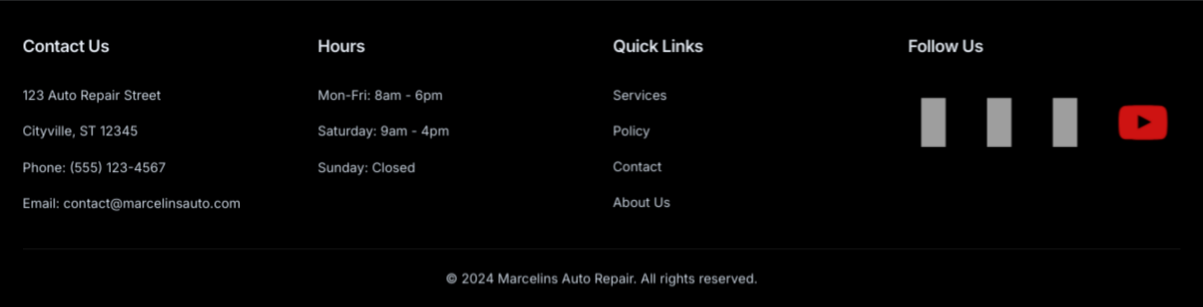
Repository: ilovegames507/twebsite-2
Page: frontend/public/index.html
An editor plug-in stored every save of this project. The page is shown before and after a run of saves, followed by the edit.
The browser window is 1280 px wide. The pictures show the part of the page from y = 864 to 1933 px (the page is 1191 px tall before and 1933 px after), at 94% of full size.
Pictures or frames that could not be fetched are drawn as grey boxes.

Above is the page before, as saved 2025-03-17 21:34:56.

### frontend/public/index.html
<!DOCTYPE html>
<html lang="en">
  <head>
    <head>
      <meta charset="UTF-8" />
      <meta name="viewport" content="width=device-width, initial-scale=1.0" />
      <link rel="preconnect" href="https://fonts.googleapis.com" />
      <link rel="preconnect" href="https://fonts.gstatic.com" crossorigin />
      <link
        href="https://fonts.googleapis.com/css2?family=Inter:ital,opsz,wght@0,14..32,100..900;1,14..32,100..900&family=Source+Code+Pro:ital,wght@0,200..900;1,200..900&display=swap"
        rel="stylesheet"
      />
      <link rel="stylesheet" href="styles/modern-normalize.css" />
      <link rel="stylesheet" href="styles/global.css" />
      <link rel="stylesheet" href="styles/components/header.css" />
      <link rel="stylesheet" href="styles/components/hero.css" />
      <link rel="stylesheet" href="styles/components/pricing.css" />

      <link rel="stylesheet" href="styles/components/footer.css" />
      <link rel="stylesheet" href="styles/utils.css" />

      <link rel="icon" type="image/x-icon" href="/src/Images/favicon.ico">
      <title>Marcelins Auto Repair</title>
    </head>
  </head>
  <body>
    <header class="header">
      <div class="header__container">
        <img src="/src/Images/favicon.ico" class="header__logo" alt="Marcelins Auto Repair Logo">
        <a href="/" class="header__title">Marcelins Auto Repair</a>
        <nav class="header__nav">
          <a class="header__link" href="#pricing">Servies</a>
          <a class="header__link" href="#features">Policy</a>
          <a class="header__link" href="#contact">Contact</a>
          <div class="header__btn-container">
            <button class="header__btn">Login</button>
            <button class="header__btn">Sign Up</button>
          </div>
        </nav>

        <button class="header__bars">
          <svg xmlns="http://www.w3.org/2000/svg" height="24px" viewBox="0 -960 960 960" width="24px"><path d="M120-240v-80h720v80H120Zm0-200v-80h720v80H120Zm0-200v-80h720v80H120Z"/></svg>
        </button>
      </div>
    </header>
    <section class="hero">
      <div class="hero__content">
        <h1 class="hero__title">Marcelins Auto Repair</h1>
        <p class="hero__description">Your trusted partner for quality vehicle maintenance and repairs. Experience expert care with decades of automotive service excellence.</p>
        <button class="hero__cta">Schedule Service</button>
      </div>
    </section>


    <footer class="footer">
      <div class="footer__container">
        <div class="footer__content">
          <div class="footer__section">
            <h3 class="footer__heading">Contact Us</h3>
            <p class="footer__text">123 Auto Repair Street</p>
            <p class="footer__text">Cityville, ST 12345</p>
            <p class="footer__text">Phone: (555) 123-4567</p>
            <p class="footer__text">Email: contact@marcelinsauto.com</p>
          </div>

          <div class="footer__section">
            <h3 class="footer__heading">Hours</h3>
            <p class="footer__text">Mon-Fri: 8am - 6pm</p>
            <p class="footer__text">Saturday: 9am - 4pm</p>
            <p class="footer__text">Sunday: Closed</p>
          </div>

          <div class="footer__section">
            <h3 class="footer__heading">Quick Links</h3>
            <a href="#services" class="footer__link">Services</a>
            <a href="#policy" class="footer__link">Policy</a>
            <a href="#contact" class="footer__link">Contact</a>
            <a href="#about" class="footer__link">About Us</a>
          </div>

            <div class="footer__section">
              <h3 class="footer__heading">Follow Us</h3>
              <div class="footer__socials">
                <a href="#" class="footer__social-link" aria-label="Facebook">
                  <img src="src/Images/facebook.svg" alt="Facebook">
                </a>
                <a href="#" class="footer__social-link" aria-label="Instagram">
                  <img src="src/Images/instagram.svg" alt="Instagram">
                </a>
                <a href="#" class="footer__social-link" aria-label="Twitter">
                  <img src="src/Images/twitter.svg" alt="Twitter">
                </a>
                <a href="#" class="footer__social-link" aria-label="YouTube">
                  <img src="src/Images/youtube.svg" alt="YouTube">
                </a>
              </div>
            </div>
        </div>

        <div class="footer__bottom">
          <p class="footer__copy">&copy; 2024 Marcelins Auto Repair. All rights reserved.</p>
        </div>
      </div>
    </footer>
    <script>
      document.querySelector('.header__bars').addEventListener('click', function() {
        document.querySelector('.header').classList.toggle('header--mobile-open');
      });
    </script>
  </body>
</html>

### frontend/public/styles/modern-normalize.css
/*! modern-normalize v3.0.1 | MIT License | https://github.com/sindresorhus/modern-normalize */

/*
Document
========
*/

/**
Use a better box model (opinionated).
*/

*,
::before,
::after {
  box-sizing: border-box;
}

html {
  /* Improve consistency of default fonts in all browsers. (https://github.com/sindresorhus/modern-normalize/issues/3) */
  font-family: system-ui, "Segoe UI", Roboto, Helvetica, Arial, sans-serif,
    "Apple Color Emoji", "Segoe UI Emoji";
  line-height: 1.15; /* 1. Correct the line height in all browsers. */
  -webkit-text-size-adjust: 100%; /* 2. Prevent adjustments of font size after orientation changes in iOS. */
  tab-size: 4; /* 3. Use a more readable tab size (opinionated). */
}

/*
Sections
========
*/

body {
  margin: 0; /* Remove the margin in all browsers. */
}

/*
Text-level semantics
====================
*/

/**
Add the correct font weight in Chrome and Safari.
*/

b,
strong {
  font-weight: bolder;
}

/**
1. Improve consistency of default fonts in all browsers. (https://github.com/sindresorhus/modern-normalize/issues/3)
2. Correct the odd 'em' font sizing in all browsers.
*/

code,
kbd,
samp,
pre {
  font-family: ui-monospace, SFMono-Regular, Consolas, "Liberation Mono", Menlo,
    monospace; /* 1 */
  font-size: 1em; /* 2 */
}

/**
Add the correct font size in all browsers.
*/

small {
  font-size: 80%;
}

/**
Prevent 'sub' and 'sup' elements from affecting the line height in all browsers.
*/

sub,
sup {
  font-size: 75%;
  line-height: 0;
  position: relative;
  vertical-align: baseline;
}

sub {
  bottom: -0.25em;
}

sup {
  top: -0.5em;
}

/*
Tabular data
============
*/

/**
Correct table border color inheritance in Chrome and Safari. (https://issues.chromium.org/issues/40615503, https://bugs.webkit.org/show_bug.cgi?id=195016)
*/

table {
  border-color: currentcolor;
}

/*
Forms
=====
*/

/**
1. Change the font styles in all browsers.
2. Remove the margin in Firefox and Safari.
*/

button,
input,
optgroup,
select,
textarea {
  font-family: inherit; /* 1 */
  font-size: 100%; /* 1 */
  line-height: 1.15; /* 1 */
  margin: 0; /* 2 */
}

/**
Correct the inability to style clickable types in iOS and Safari.
*/

button,
[type="button"],
[type="reset"],
[type="submit"] {
  appearance: button;
  -webkit-appearance: button;
}

/**
Remove the padding so developers are not caught out when they zero out 'fieldset' elements in all browsers.
*/

legend {
  padding: 0;
}

/**
Add the correct vertical alignment in Chrome and Firefox.
*/

progress {
  vertical-align: baseline;
}

/**
Correct the cursor style of increment and decrement buttons in Safari.
*/

::-webkit-inner-spin-button,
::-webkit-outer-spin-button {
  height: auto;
}

/**
1. Correct the odd appearance in Chrome and Safari.
2. Correct the outline style in Safari.
*/

[type="search"] {
  appearance: textfield;
  -webkit-appearance: textfield; /* 1 */
  outline-offset: -2px; /* 2 */
}

/**
Remove the inner padding in Chrome and Safari on macOS.
*/

::-webkit-search-decoration {
  -webkit-appearance: none;
}

/**
1. Correct the inability to style clickable types in iOS and Safari.
2. Change font properties to 'inherit' in Safari.
*/

::-webkit-file-upload-button {
  -webkit-appearance: button; /* 1 */
  font: inherit; /* 2 */
}

/*
Interactive
===========
*/

/*
Add the correct display in Chrome and Safari.
*/

summary {
  display: list-item;
}

### frontend/public/styles/global.css
:root {
  /* fonts */
  --font-primary: 'Inter', sans-serif;
  --font-secondary: 'Source Code Pro', monospace;

  /* colors */
  --clr-dark: #000000;
  --clr-gray: #2b2b2b;
  --clr-light: #ffffff;


  --clr-slate50: #f8fafc;
  --clr-slate100: #f1f5f9;
  --clr-light: #e2e8f0;
  --clr-slate300: #cbd5e1;
  --clr-text: #94a3b8;
  --clr-slate800: #1e293b;
  --clr-bg: #0a101f;

  --clr-muted: #4a5566;

  /* shadow */
  --shadow: 0 4px 6px -1px rgba(0, 0, 0, 0.1);

  /* transtion */
  --transition: all 0.3s cubic-bezier(0.4, 0, 0.2, 1);

  /* sizes */
  --size-xxs: 0.5rem;
  --size-xs: 0.75rem;
  --size-sm: 0.875rem;
  --size-base: 1rem;
  --size-lg: 1.125rem;
  --size-xl: 1.25rem;
  --size-2xl: 1.5rem;
  --size-3xl: 1.875rem;
  --size-4xl: 2.25rem;
  --size-5xl: 3rem;
  --size-6xl: 3.75rem;
  --size-7xl: 4.5rem;
  --size-8xl: 6rem;
  --size-9xl: 8rem;
  --size-10xl: 10rem;
}

* {
  margin: 0;
  padding: 0;
  line-height: calc(1em + 0.5rem);
  animation: fadeIn 0.5s cubic-bezier(0.4, 0, 0.2, 1) both;
  animation-delay: 0.01s;
}

body {
  font-family: var(--font-primary);
  background-color: var(--clr-light);
  color: var(--clr-dark);
}

img,
picture,
video,
canvas,
svg {
  display: block;
  max-width: 100%;
}

input,
button,
textarea,
select {
  font: inherit;
}

button {
  border: none;
  background: none;
  color: inherit;
  cursor: pointer;
}

h1,
h2,
h3,
h4,
h5,
h6 {
  letter-spacing: -0.025em;
}

p {
  color: var(--clr-text);
}

a {
  color: var(--clr-slate50);
}

strong {
  color: #ff0000;
  font-weight: 800;
}

button:focus-visible,
a:focus-visible {
  outline: solid var(--clr-light);
}

body::-webkit-scrollbar {
  width: 5px;
}

body::-webkit-scrollbar-track {
  box-shadow: inset 0 0 6 px rgba(0, 0, 0, 0);
}

body::-webkit-scrollbar-thumb {
  background: #bebebe;
  border-radius: 1000px;
}

body::-webkit-scrollbar-thumb:hover {
  background: #555;
}

@keyframes fadeIn {
  from {
    opacity: 0;
    transform: translateY(-20px);
  }
  to {
    opacity: 1;
    transform: translateY(0);
  }
}

h1, h2, h3, h4, h5, h6 { animation-delay: 0.3s; }
p, a, button { animation-delay: 0.4s; }
img { animation-delay: 0.5s; }

### frontend/public/styles/components/header.css
/* header.css */
.header {
  position: sticky;
  top: 0;
  background: var(--clr-light);
  backdrop-filter: blur(8px);
  z-index: 9999;
  box-shadow: var(--shadow);
}

.header__container {
  display: flex;
  justify-content: space-between;
  align-items: center;
  padding: 1rem 1.5rem;
  max-width: 1440px;
  margin: 0 auto;
}

.header__title {
  color: var(--clr-dark);
  font-family: var(--font-primary);
  font-size: 1.5rem;
  font-weight: 700;
  letter-spacing: -0.025em;
  text-decoration: none;
  transition: var(--transition);
  display: inline-flex;
  align-items: center;
  gap: 1rem;
}

.header__title-text {
  transition: var(--transition);
}

.header__logo {
  max-width: 50px;
  height: auto;
  transition: var(--transition);
}

.header__nav {
  display: flex;
  gap: 2rem;
  align-items: center;
}

.header__link {
  color: var(--clr-dark);
  font-family: var(--font-primary);
  font-size: 0.875rem;
  font-weight: 500;
  text-decoration: none;
  transition: var(--transition);
  padding: 0.5rem 1rem;
  border-radius: 0.375rem;
}

.header__link:hover {
  background: rgba(255, 255, 255, 0.1);
}

.header__btn {
  background: var(--clr-accent);
  color: var(--clr-light);
  background: var(--clr-dark);
  padding: 0.5rem 1.25rem;
  border-radius: 0.375rem;
  font-weight: 600;
  transition: var(--transition);
}

.header__btn:hover {
  background: var(--clr-gray);
}

.header__bars {
  display: none;
  color: var(--clr-light);
  background: none;
  padding: 0.5rem;
  border-radius: 0.375rem;
}

/* Mobile Styles */
@media (max-width: 825px) {
  .header__nav {
    display: none;
  }

  .header__bars {
    display: block;
  }

  .header__title-text {
    display: block;
  }

  .header__logo {
    display: none;
  }

  .header--mobile-open .header__nav {
    display: flex;
    flex-direction: column;
    position: absolute;
    background: var(--clr-light);
    top: 100%;
    left: 0;
    right: 0;
    padding: 1rem;
    gap: 0.5rem;
  }

  .header--mobile-open .header__logo {
    display: block;
    max-width: 50px;
  }

  .header--mobile-open .header__link {
    width: 100%;
    text-align: center;
    padding: 0.75rem;
  }

  .header--mobile-open .header__btn-container {
    display: flex;
    flex-direction: column;
    gap: 0.5rem;
    margin-top: 1rem;
  }
}

@media (max-width: 768px) {
  .header__title-text {
    display: none;
  }

  .header__logo {
    display: block;
    max-width: 60px;
  }
}

@media (max-width: 480px) {
  .header__logo {
    max-width: 50px;
  }

  .header__container {
    padding: 0.75rem 1rem;
  }
}

### frontend/public/styles/components/hero.css
.hero {
    position: relative;
    min-height: 100vh;
    background-image: linear-gradient(rgba(0, 0, 0, 0.5), rgba(0, 0, 0, 0.5)),
                  url('https://picsum.photos/1920/1080');
    background-size: cover;
    background-position: center;
    background-repeat: no-repeat;
    display: flex;
    align-items: center;
    padding: 2rem;
  }

  .hero__content {
    position: relative;
    max-width: 800px;
    margin: 0 auto;
    text-align: center;
    color: var(--clr-light);
    z-index: 1;
  }

  .hero__title {
    font-size: var(--size-6xl);
    margin-bottom: var(--size-2xl);
    text-shadow: 2px 2px 4px rgba(0, 0, 0, 0.5);
  }

  .hero__description {
    font-size: var(--size-xl);
    margin-bottom: var(--size-3xl);
    line-height: 1.6;
    text-shadow: 1px 1px 2px rgba(0, 0, 0, 0.3);
  }

  .hero__cta {
    background-color: rgba(255, 255, 255, 0.9);
    color: var(--clr-dark);
    padding: var(--size-base) var(--size-3xl);
    border-radius: 50px;
    font-weight: 600;
    transition: var(--transition);
    border: 2px solid transparent;
  }

  .hero__cta:hover {
    background-color: var(--clr-light);
    transform: translateY(-2px);
    box-shadow: var(--shadow);
  }

  @media (max-width: 768px) {
    .hero__title {
      font-size: var(--size-4xl);
    }

    .hero__description {
      font-size: var(--size-lg);
    }
  }

### frontend/public/styles/components/pricing.css
/* Pricing Section */
.pricing {
    padding: var(--size-8xl) 0;
    background-color: var(--clr-light);
  }

  .pricing__container {
    max-width: 1200px;
    margin: 0 auto;
    padding: 0 var(--size-2xl);
    text-align: center;
  }

  .pricing__title {
    font-size: var(--size-4xl);
    margin-bottom: var(--size-5xl);
    color: var(--clr-dark);
  }

  .pricing__card {
    background: white;
    border-radius: 12px;
    padding: var(--size-4xl);
    box-shadow: var(--shadow);
    max-width: 500px;
    margin: 0 auto;
  }

  .pricing__package {
    font-size: var(--size-2xl);
    margin-bottom: var(--size-xl);
    color: var(--clr-gray);
  }

  .pricing__amount {
    font-size: var(--size-6xl);
    font-weight: 700;
    margin-bottom: var(--size-3xl);
    color: var(--clr-dark);
  }

  .pricing__frequency {
    font-size: var(--size-lg);
    color: var(--clr-muted);
  }

  .pricing__perks {
    list-style: none;
    margin-bottom: var(--size-4xl);
    text-align: left;
  }

  .pricing__perk {
    display: flex;
    align-items: center;
    gap: var(--size-sm);
    margin-bottom: var(--size-base);
    color: var(--clr-gray);
  }

  .pricing__checkmark {
    width: var(--size-lg);
    height: var(--size-lg);
    color: #10b981;
  }

  .pricing__cta {
    background-color: var(--clr-dark);
    color: var(--clr-light);
    padding: var(--size-base) var(--size-3xl);
    border-radius: 50px;
    font-weight: 600;
    transition: var(--transition);
    width: 100%;
  }

  .pricing__cta:hover {
    transform: translateY(-2px);
    box-shadow: var(--shadow);
  }

  @media (max-width: 768px) {
    .pricing__card {
      padding: var(--size-2xl);
    }

    .pricing__title {
      font-size: var(--size-3xl);
    }

    .pricing__package {
      font-size: var(--size-xl);
    }

    .pricing__amount {
      font-size: var(--size-4xl);
    }
  }

### frontend/public/styles/components/footer.css
html {
    height: 100%;
}

body {
    min-height: 100vh;
    display: flex;
    flex-direction: column;
}

main {
    flex: 1 0 auto;
    width: 100%;
}

.footer {
    background-color: var(--clr-dark);
    color: var(--clr-light);
    padding: var(--size-4xl) 0 0;
    margin-top: auto;
}

.footer__container {
    max-width: 1440px;
    margin: 0 auto;
    padding: 0 var(--size-2xl);
}

.footer__content {
    display: grid;
    grid-template-columns: repeat(auto-fit, minmax(250px, 1fr));
    gap: var(--size-2xl);
    padding-bottom: var(--size-4xl);
}

.footer__section {
    display: flex;
    flex-direction: column;
    gap: var(--size-base);
}

.footer__heading {
    font-size: var(--size-lg);
    font-weight: 600;
    margin-bottom: var(--size-xs);
    color: var(--clr-light);
}

.footer__text {
    font-size: var(--size-sm);
    color: var(--clr-slate300);
    line-height: 1.6;
}

.footer__link {
    color: var(--clr-slate300);
    text-decoration: none;
    font-size: var(--size-sm);
    transition: var(--transition);
}

.footer__link:hover {
    color: var(--clr-light);
    transform: translateX(4px);
}

.footer__socials {
    display: flex;
    gap: var(--size-base);
  }

  .footer__social-link {
    color: var(--clr-slate300);
    transition: var(--transition);
    padding: var(--size-sm);
    display: flex;
  }

  .footer__social-link:hover {
    color: var(--clr-light);
    transform: translateY(-2px);
  }

  .footer__social-link svg {
    width: var(--size-xl);
    height: var(--size-xl);
    fill: currentColor;
  }

.footer__bottom {
    border-top: 1px solid rgba(255, 255, 255, 0.1);
    padding: var(--size-xl) 0;
    text-align: center;
}

.footer__copy {
    font-size: var(--size-sm);
    color: var(--clr-slate300);
    margin: 0;
}

@media (max-width: 768px) {
    .footer__content {
        grid-template-columns: 1fr;
        text-align: center;
    }

    .footer__section {
        align-items: center;
    }

    .footer__link:hover {
        transform: none;
    }
}

### frontend/public/styles/utils.css
/* xs */
/* @media (min-width: 475px) {} */

/* sm */
/* @media (min-width: 640px) {} */

/* md */
/* @media (min-width: 768px) {} */

/* lg */
/* @media (min-width: 1024px) {} */

/* xl */
/* @media (min-width: 1280px) {} */

/* 2xl */
/* @media (min-width: 1536px) {} */

.container {
    width: 100%;
    margin-inline: auto;
    padding-inline: 0.5rem;
  }

  .btn {
    display: inline-block;
    background-color: rgb(255, 255, 255);
    color: var(--clr-dark);
    padding: 0.5em 1em;
    font-weight: 500;
    border-radius: 6px;
    line-height: 1.75rem;
    text-decoration: none;
    transition: 0.2s ease-in-out;
  }

  .btn:hover {
    transform: translateY(2px);
    background-color: rgb(168, 168, 168);
  }

  btn:focus-visible {
    outline: solid var(--clr-text);
  }

  .section {
    margin-top: 5rem;
  }

  .title {
    text-transform: uppercase;
    margin-bottom: 1rem;
    font-family: var(--font-secondary);
    color: var(--clr-text);
    font-size: var(--size-base);
  }

  /* xs */
  @media (min-width: 475px) {
    .container {
      max-width: 475px;
    }
  }

  /* sm */
  @media (min-width: 640px) {
    .container {
      max-width: 640px;
    }

    .title {
      font-size: var(--size-sm);
    }
  }

  /* md */
  @media (min-width: 768px) {
    .container {
      max-width: 768px;
    }
  }

  /* lg */
  @media (min-width: 1024px) {
    .container {
      max-width: 1024px;
    }

    .section {
      margin-top: 10rem;
    }

    .title {
      font-size: var(--size-base);
    }
  }

  /* xl */
  @media (min-width: 1280px) {
    .container {
      max-width: 1280px;
    }
  }

  /* 2xl */
  @media (min-width: 1536px) {
    .container {
      max-width: 1536px;
    }
  }

After the next 2 saves:
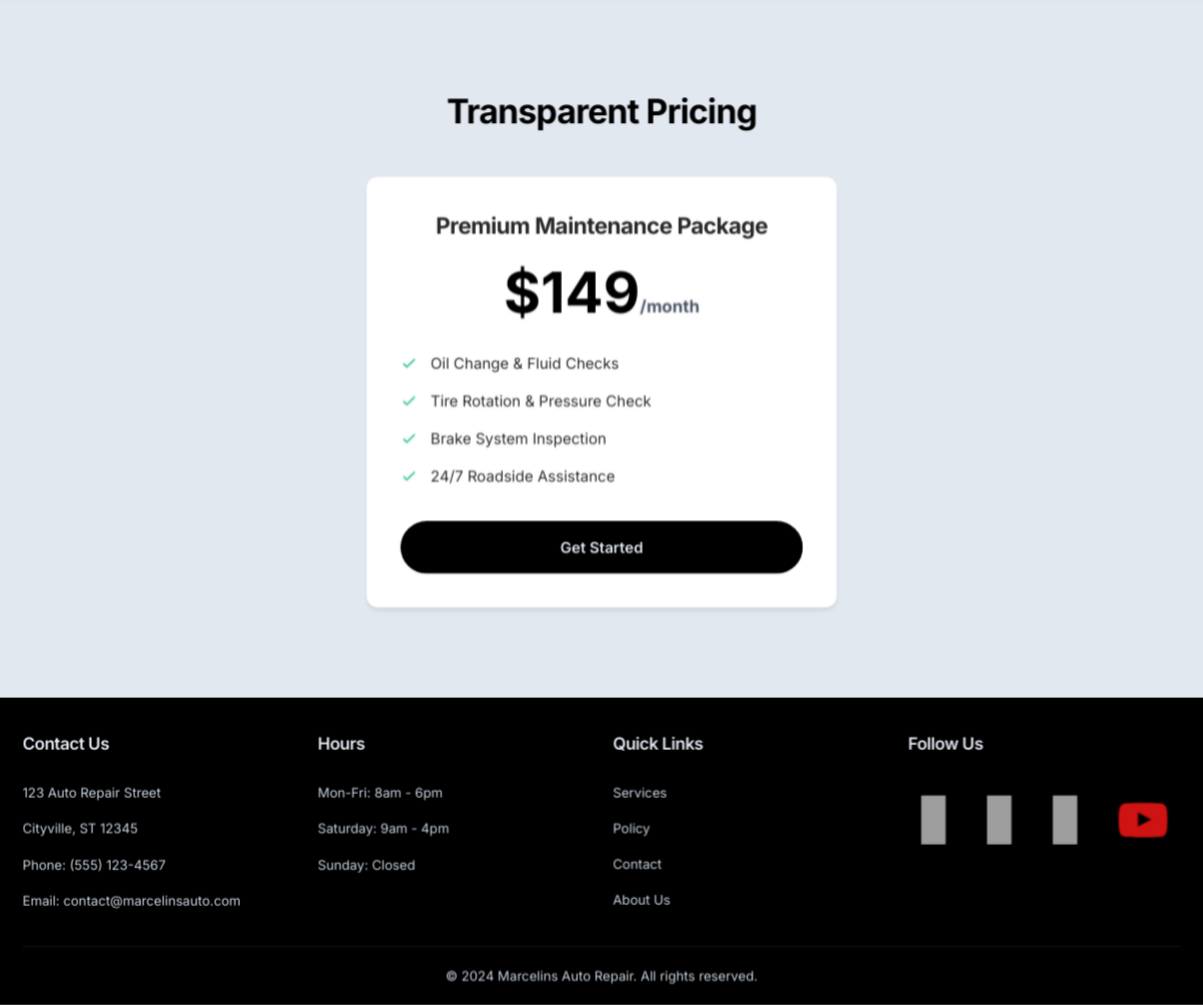
The 2 saves are shown as one change because they came seconds apart.
The last was saved 15 s later.
--- a/frontend/public/index.html
+++ b/frontend/public/index.html
@@ -50,7 +50,42 @@
         <button class="hero__cta">Schedule Service</button>
       </div>
     </section>
-
+<section class="pricing">
+  <div class="pricing__container">
+    <h2 class="pricing__title">Transparent Pricing</h2>
+    <div class="pricing__card">
+      <h3 class="pricing__package">Premium Maintenance Package</h3>
+      <div class="pricing__amount">$149<span class="pricing__frequency">/month</span></div>
+      <ul class="pricing__perks">
+        <li class="pricing__perk">
+          <svg class="pricing__checkmark" xmlns="http://www.w3.org/2000/svg" viewBox="0 0 24 24" fill="currentColor">
+            <path d="M9 16.17 4.83 12l-1.42 1.41L9 19 21 7l-1.41-1.41z"/>
+          </svg>
+          Oil Change & Fluid Checks
+        </li>
+        <li class="pricing__perk">
+          <svg class="pricing__checkmark" xmlns="http://www.w3.org/2000/svg" viewBox="0 0 24 24" fill="currentColor">
+            <path d="M9 16.17 4.83 12l-1.42 1.41L9 19 21 7l-1.41-1.41z"/>
+          </svg>
+          Tire Rotation & Pressure Check
+        </li>
+        <li class="pricing__perk">
+          <svg class="pricing__checkmark" xmlns="http://www.w3.org/2000/svg" viewBox="0 0 24 24" fill="currentColor">
+            <path d="M9 16.17 4.83 12l-1.42 1.41L9 19 21 7l-1.41-1.41z"/>
+          </svg>
+          Brake System Inspection
+        </li>
+        <li class="pricing__perk">
+          <svg class="pricing__checkmark" xmlns="http://www.w3.org/2000/svg" viewBox="0 0 24 24" fill="currentColor">
+            <path d="M9 16.17 4.83 12l-1.42 1.41L9 19 21 7l-1.41-1.41z"/>
+          </svg>
+          24/7 Roadside Assistance
+        </li>
+      </ul>
+      <button class="pricing__cta">Get Started</button>
+    </div>
+  </div>
+</section>
 
     <footer class="footer">
       <div class="footer__container">
